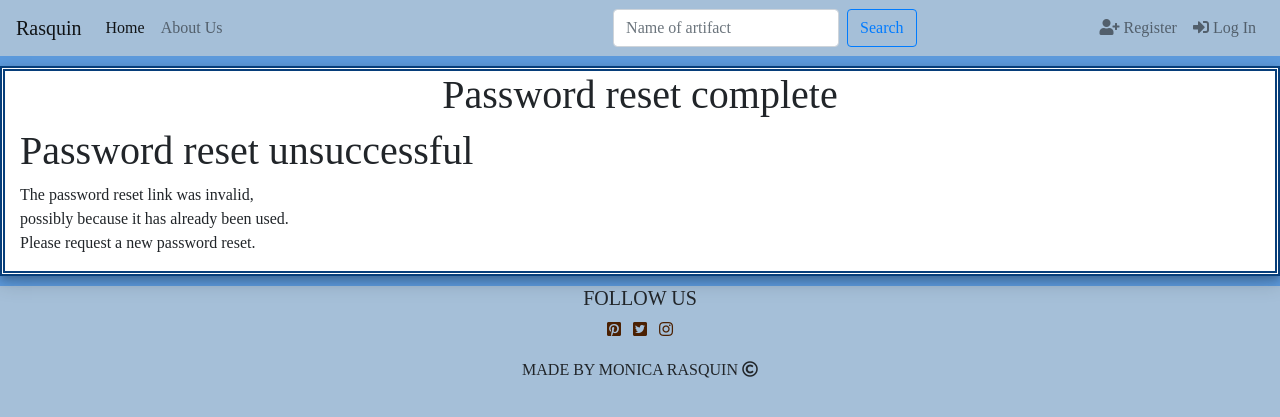
Repository: Rasquin/auction
Page: templates/registration/password_reset_confirm.html
The author's editor kept a record of every edit. The page is drawn from the files as they stood at one moment, then again after the next edit.
The browser window is 1280 px wide. The pictures show the whole page.
Some web fonts or font styles are not loaded; a fallback is used. The template is drawn by Django 2.2. The application's start-up code is not run. Other server files are loaded and not shown. The template is opened directly, without the code that normally fills it, so the values that code supplies are empty.

Above is the page before.

### templates/registration/password_reset_confirm.html
{% extends "base.html" %}
{% block page_title %}{% endblock %}

{% block content %}
<div class="container-fluid panel-body">
    <h1 class="text-center">Password reset complete</h1>
    {% if validlink %}
        <p>Please enter your new password twice.<br />
           So we can verify you typed it in correctly.</p>
        <form action="" method="post" class="accountform">
            <div style="display:none">
                <input type="hidden" value="{{ csrf_token }}" name="csrfmiddlewaretoken">
            </div>
            <table>
                <tr>
                    <td>{{ form.new_password1.errors }}
                        <label for="id_new_password1">New password:</label></td>
                    <td>{{ form.new_password1 }}</td>
                </tr>
                <tr>
                    <td>{{ form.new_password2.errors }}
                        <label for="id_new_password2">Confirm password:</label></td>
                    <td>{{ form.new_password2 }}</td>
                </tr>
                <tr>
                    <td></td>
                    <td><input type="submit" value="Change my password" /></td>
                </tr>
            </table>
        </form>
    {% else %}
        <h1>Password reset unsuccessful</h1>
        <p>The password reset link was invalid, <br />
        possibly because it has already been used. <br />
        Please request a new password reset.</p>
    {% endif %}
</div>
{% endblock %}

### templates/base.html
<!DOCTYPE html>

{% load staticfiles %}


<html lang="en">

<head>
    <meta charset="UTF-8">
    <meta name="viewport" content="width=device-width, initial-scale=1.0">
    <meta http-equiv="X-UA-Compatible" content="ie=edge">

    <!-- favicon icon-->
	<link rel="shortcut icon" href="{% static 'icon/lizzy.ico' %}" />

    <!-- Bootstrap compiled and minified CSS -->
    <link rel="stylesheet" href="https://stackpath.bootstrapcdn.com/bootstrap/4.3.1/css/bootstrap.min.css" integrity="sha384-ggOyR0iXCbMQv3Xipma34MD+dH/1fQ784/j6cY/iJTQUOhcWr7x9JvoRxT2MZw1T" crossorigin="anonymous">

    <!-- Font Awesome compiled and minified CSS -->
    <link rel="stylesheet" href="{% static 'font-awesome/css/all.css' %}">

    <!-- Google Fonts-->
    <link href="https://fonts.googleapis.com/css?family=Germania+One&display=swap" rel="stylesheet">

    <!-- Own CSS -->
    <link rel="stylesheet" href="{% static 'css/mystyle.css' %}" type="text/css" />


    <!-- Own Scripts -->
    <script type="text/javascript" src="{% static 'js/myscript.js' %}"></script>

    <title>{% block page_title %}{% endblock %}</title>

</head>


<body>
    <!-- NavBar area -->
    <nav class="navbar navbar-expand-lg navbar-light bg-light">
        <!-- NavBar Brand-->
        <a class="navbar-brand" href="#">Rasquin</a>
        <button class="navbar-toggler" type="button" data-toggle="collapse" data-target="#navbarSupportedContent" aria-controls="navbarSupportedContent" aria-expanded="false" aria-label="Toggle navigation">
            <span class="navbar-toggler-icon"></span>
        </button>

        <div class="collapse navbar-collapse" id="navbarSupportedContent">
            <!-- NavBar Home & ABout-->
            <ul class="navbar-nav mr-auto">
                <li class="nav-item active">
                    <a class="nav-link" href="{% url 'index' %}">Home <span class="sr-only">(current)</span></a>
                </li>
                <li class="nav-item">
                    <a class="nav-link" href="{% url 'about' %}">About Us</a>
                </li>

            </ul>
            <!-- NavBar Search -->
            <form action="{% url 'search_by_name' %}" method="get" class="form-inline my-2 my-lg-0 margin-search-form">
                {% csrf_token %}
                <input class="form-control mr-sm-2" id="artifact_name" name="artifact_name" required placeholder="Name of artifact" aria-label="Search">
                <button class="btn btn-outline-primary my-2 my-sm-0" type="search">Search</button>
            </form>
            <!-- NavBar User status-->
            <ul class="navbar-nav navbar-right">
                    {% if user.is_authenticated %}
                        <li class="nav-item">
                            <a class="nav-link" href="{% url 'profile' %}"><i class="fa fa-user"></i> Profile</a>
                        </li>
                        <li class="nav-item">
                            <a class="nav-link" href="{% url 'logout' %}"><i class="fa fa-sign-out-alt"></i> Log Out</a>
                        </li>
                        <li class="nav-item">
                            <a class="nav-link" href="{% url 'view_my_biddings' %}"><i class="fas fa-gavel"></i>My Biddings </a>
                        </li>
                    {%  else %}
                        <li class="nav-item">
                            <a class="nav-link" href="{% url 'register' %}"><i class="fa fa-user-plus"></i> Register</a>
                        </li>
                        <li class="nav-item">
                            <a class="nav-link" href="{% url 'login' %}"><i class="fa fa-sign-in-alt"></i> Log In</a>
                        </li>
                    {% endif %}
                </ul>
        </div>
    </nav>

    <!-- Filter area -->
    {% block filter %}{% endblock %}

    <!-- Messages area -->
    {% if messages %}
    <div class="alert alert-success">
            <div class="messages">
                {% for message in messages %}
                    {{ message }}
                {% endfor %}
            </div>
        </div>
    {% endif %}

    <!-- Content area -->
    <div class="container-general">

        <!-- Block content area -->
        {% block content %} {% endblock %}

    </div>

    <!-- Footer area -->
    <footer class="container-fluid">


        <!-- SOCIAL MEDIA-->
        <div class="row ">
            <div class="col-12 text-center">
                <h5 class="text-uppercase">Follow Us</h5>
                <ul class="list-inline social-links">
                    <li class="list-inline-item"><a href="#"><i class="fab fa-pinterest-square"  aria-hidden="true"></i></a></li>
                    <li class="list-inline-item"><a href="#"><i class="fab fa-twitter-square" aria-hidden="true"></i></a></li>
                    <li class="list-inline-item"><a href="#"><i class="fab fa-instagram" aria-hidden="true"></i></a></li>
                </ul>
            </div>
        </div>

        <!--COPYRIGHT-->
        <div class="row ">
            <div class="col-12">

                <p class="text-center text-uppercase">Made by Monica Rasquin <i class="far fa-copyright"></i> </p>
            </div>
        </div>
    </footer>


    <!-- Bootstrap compiled and minified JavaScript -->
    <script src="https://code.jquery.com/jquery-3.3.1.slim.min.js" integrity="sha384-q8i/X+965DzO0rT7abK41JStQIAqVgRVzpbzo5smXKp4YfRvH+8abtTE1Pi6jizo" crossorigin="anonymous"></script>
    <script src="https://cdnjs.cloudflare.com/ajax/libs/popper.js/1.14.7/umd/popper.min.js" integrity="sha384-UO2eT0CpHqdSJQ6hJty5KVphtPhzWj9WO1clHTMGa3JDZwrnQq4sF86dIHNDz0W1" crossorigin="anonymous"></script>
    <script src="https://stackpath.bootstrapcdn.com/bootstrap/4.3.1/js/bootstrap.min.js" integrity="sha384-JjSmVgyd0p3pXB1rRibZUAYoIIy6OrQ6VrjIEaFf/nJGzIxFDsf4x0xIM+B07jRM" crossorigin="anonymous"></script>
    {% block head_js %} {% endblock %}

</body>
</html>

### static/js/myscript.js
//--------------------------------------Slider for Prices filter
function getPriceVals() {
    // Get slider price values
    var parent = this.parentNode;
    var slides = parent.getElementsByTagName("input");
    var slide1 = parseFloat(slides[0].value);
    var slide2 = parseFloat(slides[1].value);
    // Neither slider will clip the other, so make sure we determine which is larger
    if (slide1 > slide2) { var tmp = slide2;
        slide2 = slide1;
        slide1 = tmp; }

    var displayElement = parent.getElementsByClassName("rangePriceValues")[0];
    displayElement.innerHTML = "€ " + slide1 + " - €" + slide2;
}

//--------------------------------------Slider for Year filter
function getYearVals() {
    // Get Year slider values
    var parent = this.parentNode;
    var slides = parent.getElementsByTagName("input");
    var slide1 = parseFloat(slides[0].value);
    var slide2 = parseFloat(slides[1].value);
    // Neither slider will clip the other, so make sure we determine which is larger
    if (slide1 > slide2) { var tmp = slide2;
        slide2 = slide1;
        slide1 = tmp; }

    var displayElement = parent.getElementsByClassName("rangeYearValues")[0];
    displayElement.innerHTML = "From " + slide1 + " To " + slide2;
}

//----------------------------------------------- Initialize Sliders
window.onload = function() {
    // For Price
    var sliderSectionsPrice = document.getElementsByClassName("range-slider-price");
    for (var x = 0; x < sliderSectionsPrice.length; x++) {
        var slidersPrice = sliderSectionsPrice[x].getElementsByTagName("input");
        for (var y = 0; y < slidersPrice.length; y++) {
            if (slidersPrice[y].type === "range") {
                slidersPrice[y].oninput = getPriceVals;
                // Manually trigger event first time to display values
                slidersPrice[y].oninput();
            }
        }
    }
    // For Year
    var sliderSectionsYear = document.getElementsByClassName("range-slider-year");
    for (var x = 0; x < sliderSectionsYear.length; x++) {
        var slidersYear = sliderSectionsYear[x].getElementsByTagName("input");
        for (var y = 0; y < slidersYear.length; y++) {
            if (slidersYear[y].type === "range") {
                slidersYear[y].oninput = getYearVals;
                // Manually trigger event first time to display values
                slidersYear[y].oninput();
            }
        }
    }
}

Loaded but not shown: static/font-awesome/css/all.css (library); static/css/mystyle.css (common file)

After the next edit:
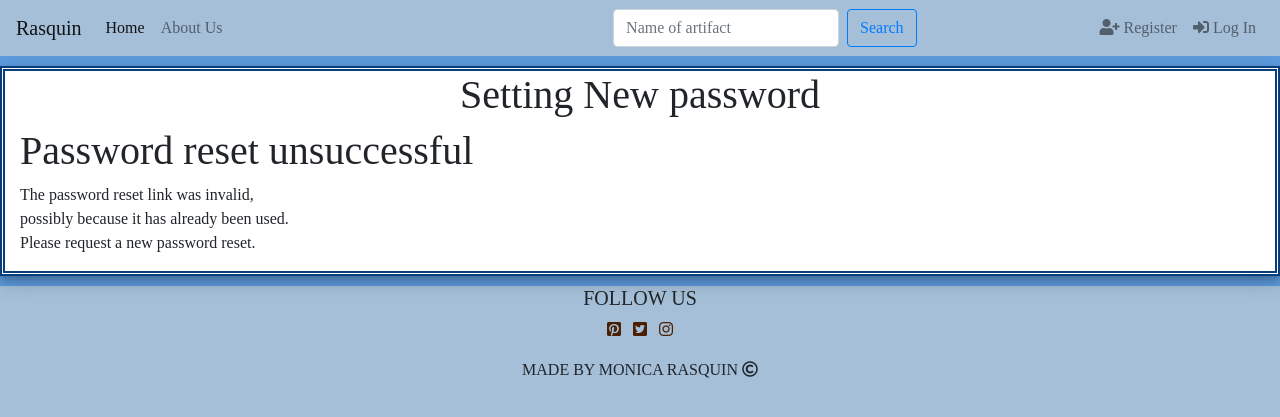
The edit:
--- a/templates/registration/password_reset_confirm.html
+++ b/templates/registration/password_reset_confirm.html
@@ -3,7 +3,7 @@
 
 {% block content %}
 <div class="container-fluid panel-body">
-    <h1 class="text-center">Password reset complete</h1>
+    <h1 class="text-center">Setting New password</h1>
     {% if validlink %}
         <p>Please enter your new password twice.<br />
            So we can verify you typed it in correctly.</p>
